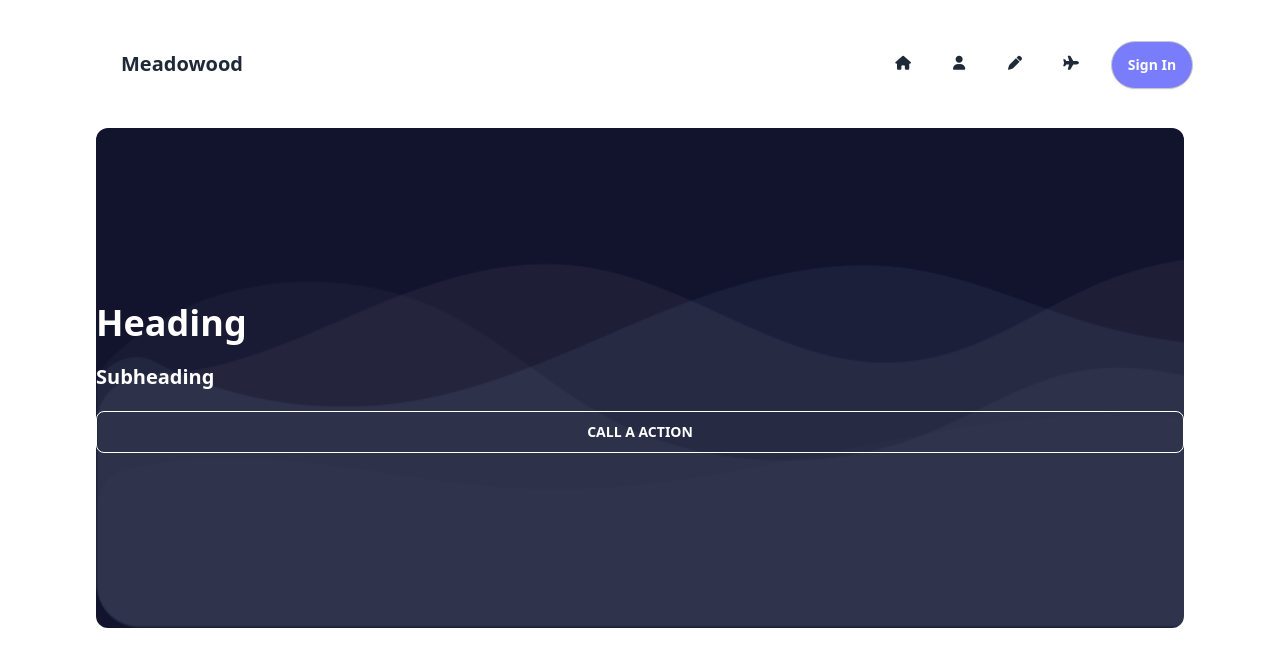
Repository: RudrasahaDibos/Meadowood-Forum
Page: index.html
The author's editor kept a copy of each file at every save. The page is drawn from the files as they stood at one save, then again after the next save.
The browser window is 1280 px wide. The pictures show the whole page.
Some web libraries are served in a nearby version.

Above is the page before, as saved 2024-11-24 12:37:30.

After the next save:
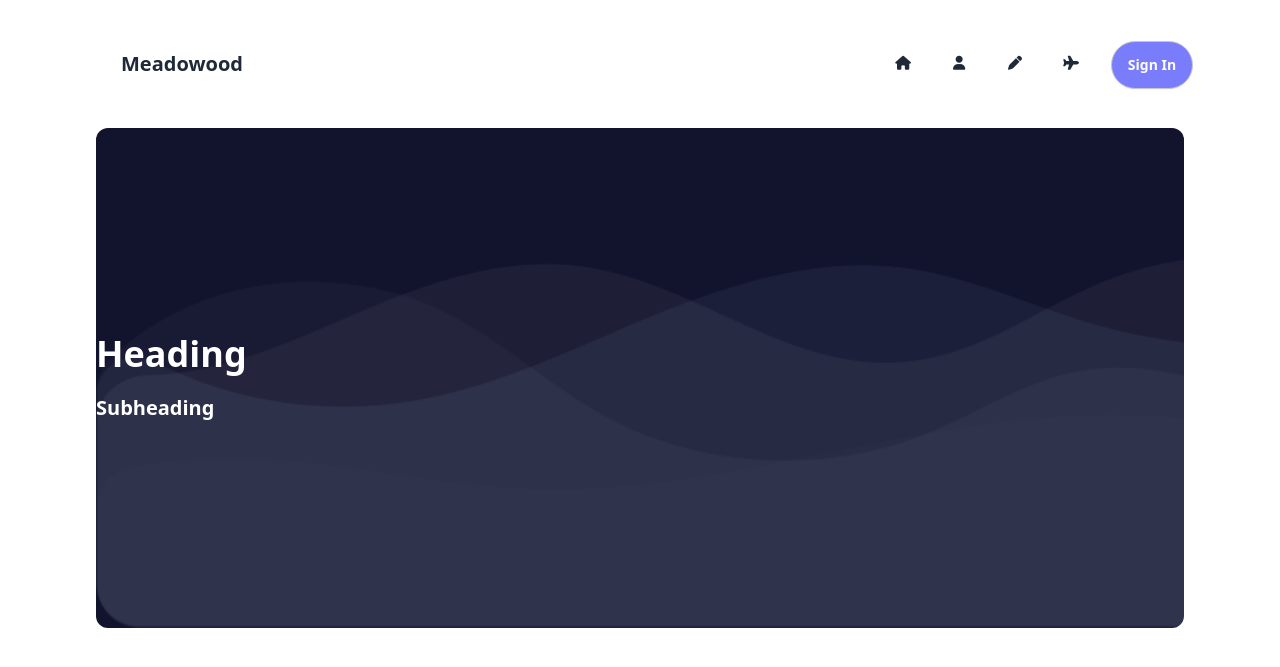
Saved 10 s later.
--- a/index.html
+++ b/index.html
@@ -74,7 +74,7 @@
                 <div class="relative top-0 left-0 w-full h-full z-10  flex  justify-center flex-col gap-5 ">
                 <h2 class="text-4xl font-bold font-manrope text-white">Heading</h2>
                 <h6 class="text-xl font-bold font-manrope text-white">Subheading</h6>
-                <button type='button' class='py-2.5 px-6 text-sm rounded-lg bg-transparent border border-white  text-white cursor-pointer font-semibold text-center shadow-xs transition-all duration-500 hover:bg-white/25 hover:text-white'>CALL A ACTION</button>
+
                 </div>
                 </div>
              <!-- bannner end here  -->
